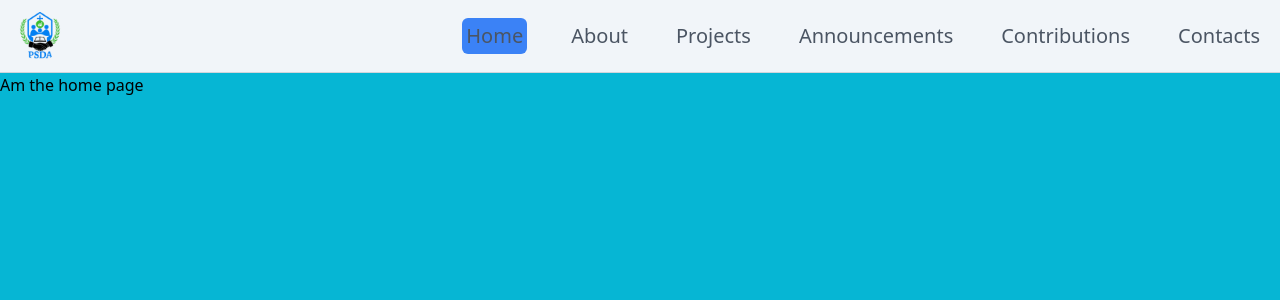
Repository: Zedestar/psda
Page: /
An editor plug-in stored every save of this project. The page is shown before and after the next save, followed by the edit.
The browser window is 1280 px wide. The pictures show the whole page.
The project was rebuilt for these pictures with package versions that can differ from the ones it lists, and the page was loaded fresh each time. Also part of the build but not shown: src/components/cards/primary-card.jsx, src/components/cards/secondary-card.jsx, src/pages/about/about-us-data.js, src/pages/about/about.jsx, src/pages/projects/projects.jsx, src/pages/announcements/announcements.jsx, src/pages/contirbutions/contributions.jsx, src/pages/contacts/contacts.jsx.

Above is the page before, as saved 2025-07-19 09:48:16.

After the next save:
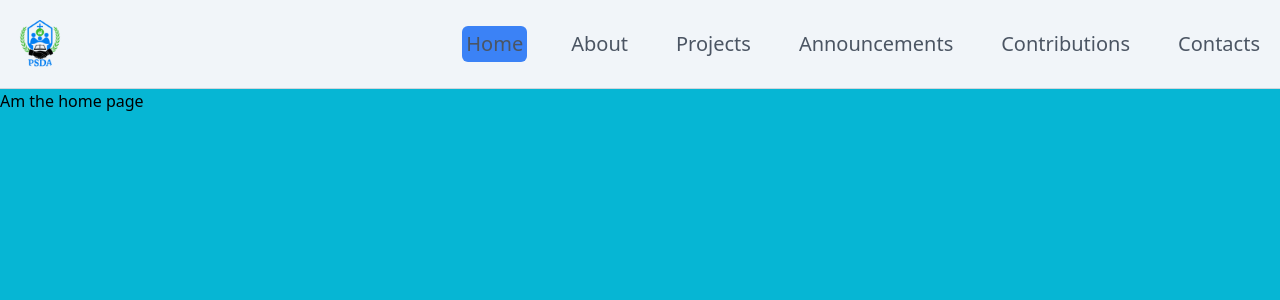
Saved 87 s later.
--- a/src/components/header/header.jsx
+++ b/src/components/header/header.jsx
@@ -7,7 +7,7 @@ function Header() {
   const [active, setActive] = useState(1);
   return (
     <div className="w-full flex justify-center shadow-lg">
-      <header className="w-full flex items-center justify-between px-4 py-3 border-b border-b-gray-300 max-w-screen-2xl">
+      <header className="w-full flex items-center justify-between px-4 py-5 border-b border-b-gray-300 max-w-screen-2xl">
         <div className="text-3xl rounded-full overflow-hidden">
           <img className="h-12 w-12" src={psdaImage} alt="" />
         </div>{" "}
